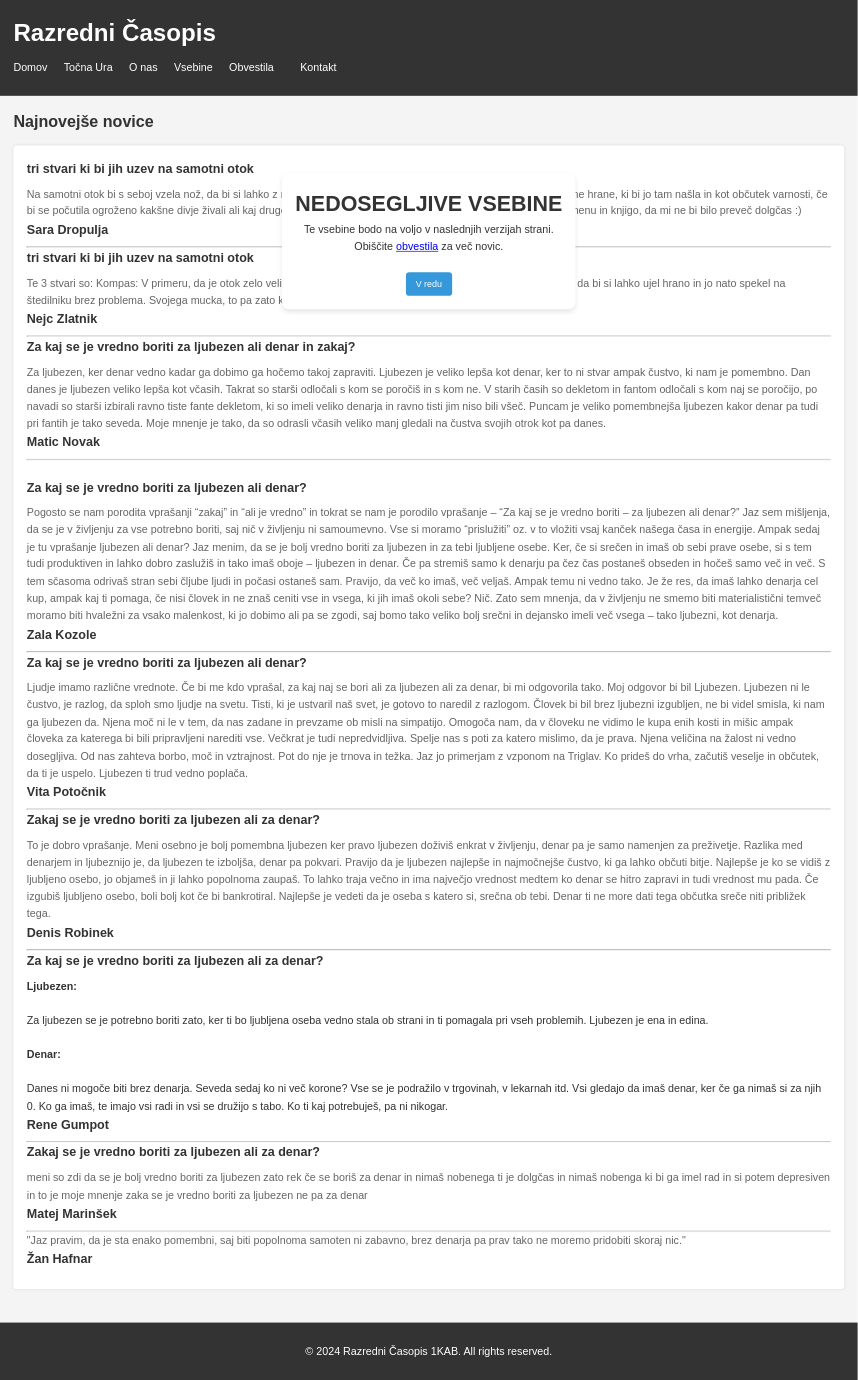
Repository: razrednicasopis/razrednicasopis.github.io
Page: Resources/casopis-html.html
An editor plug-in stored every save of this project. The page is shown before and after a run of saves, followed by the edit.
The browser window is 1280 px wide. The pictures show the whole page, at 67% of full size.
After loading, the first visible `#showPopupLink` was clicked once.

Above is the page before, as saved 2024-01-23 09:31:12.

### Resources/casopis-html.html
<!DOCTYPE html>
<html lang="en">
<head>
  <meta charset="UTF-8">
  <meta name="viewport" content="width=device-width, initial-scale=1.0">
  <link rel="stylesheet" href="styless.css">
  <link rel="stylesheet" href="system.css">
  <title>Razredni Časopis</title>
</head>
<body>


<div id="wrapper">
<div id="vrstica">
<header>
  <h1>Razredni Časopis</h1>
  <nav>
    <ul>
      <li><a href="#">Domov</a></li>
      <li><a href="Ura.html">Točna Ura</a></li>
      <li><a href="admin.html">O nas</a></li>
      <li><a href="vsebine.html">Vsebine </a></li>
      <li><a href="obvestila.html">Obvestila</a></li>
      <li><a href="#" id="showPopupLink">Kontakt</a></li>
    </ul>
  </nav>
</header>
</div>

<main>
  <section class="novice">
    <h2>Najnovejše novice</h2>
    <article>
      <h3>tri stvari ki bi jih uzev na samotni otok</h3>
      <p>Na samotni otok bi s seboj vzela nož, da bi si lahko z njim pomagala pri preživetju (npr. pri rezanju ali lupljenju kakšne hrane, ki bi jo tam našla in kot občutek varnosti, če bi se počutila ogroženo kakšne divje živali ali kaj drugega), odejo, saj bi potrebovala nekaj za ogrniti ob slabem vremenu in knjigo, da mi ne bi bilo preveč dolgčas :)

</p>
<h3>Sara Dropulja</h3>
<hr>
      <h3>tri stvari ki bi jih uzev na samotni otok</h3>
            <p>Te 3 stvari so:
Kompas: V primeru, da je otok zelo velik, da bi se znal orientirat po otoku.
Štedilnik na sončne celice, da bi si lahko ujel hrano in jo nato spekel na štedilniku brez problema.
Svojega mucka, to pa zato ker vedno ko sem z njim se mi čas skrajša za vsaj trikrat.
<h3>Nejc Zlatnik</h3>
</p>
<hr>
<h3>Za kaj se je vredno boriti za ljubezen ali denar in zakaj?</h3>
  <p>Za ljubezen, ker denar vedno kadar ga dobimo ga hočemo takoj zapraviti. Ljubezen je veliko lepša kot denar, ker to ni stvar ampak čustvo, ki nam je pomembno. Dan danes je ljubezen veliko lepša kot včasih. Takrat so starši odločali s kom se poročiš in s kom ne. V starih časih so dekletom in fantom odločali s kom naj se poročijo, po navadi so starši izbirali ravno tiste fante dekletom, ki so imeli veliko denarja in ravno tisti jim niso bili všeč. Puncam je veliko pomembnejša ljubezen kakor denar pa tudi pri fantih je tako seveda. Moje mnenje je tako, da so odrasli včasih veliko manj gledali na čustva svojih otrok kot pa danes.

<h3>Matic Novak</h3></p>

<hr>
<br>
<h3>Za kaj se je vredno boriti za ljubezen ali denar?
</h3>
<p>Pogosto se nam porodita vprašanji “zakaj” in “ali je vredno” in tokrat se nam je porodilo vprašanje – “Za kaj se je vredno boriti – za ljubezen ali denar?”
Jaz sem mišljenja, da se je v življenju za vse potrebno boriti, saj nič v življenju ni samoumevno. Vse si moramo “prislužiti” oz. v to vložiti vsaj kanček našega časa in energije.
Ampak sedaj je tu vprašanje ljubezen ali denar? Jaz menim, da se je bolj vredno boriti za ljubezen in za tebi ljubljene osebe. Ker, če si srečen in imaš ob sebi prave osebe, si s tem tudi produktiven in lahko dobro zaslužiš in tako imaš oboje – ljubezen in denar.
Če pa stremiš samo k denarju pa čez čas postaneš obseden in hočeš samo več in več. S tem sčasoma odrivaš stran sebi čljube ljudi in počasi ostaneš sam.
Pravijo, da več ko imaš, več veljaš. Ampak temu ni vedno tako. Je že res, da imaš lahko denarja cel kup, ampak kaj ti pomaga, če nisi človek in ne znaš ceniti vse in vsega, ki jih imaš okoli sebe? Nič. Zato sem mnenja, da v življenju ne smemo biti materialistični temveč moramo biti hvaležni za vsako malenkost, ki jo dobimo ali pa se zgodi, saj bomo tako veliko bolj srečni in dejansko imeli več vsega – tako ljubezni, kot denarja.<br>
<h3>Zala Kozole</h3>
</p>
<hr>
<h3>Za kaj se je vredno boriti za ljubezen ali denar?</h3>
<p>Ljudje imamo različne vrednote. Če bi me kdo vprašal, za kaj naj se bori ali za ljubezen ali za denar, bi mi odgovorila tako. Moj odgovor bi bil Ljubezen.
Ljubezen ni le čustvo, je razlog, da sploh smo ljudje na svetu. Tisti, ki je ustvaril naš svet, je gotovo to naredil z razlogom. Človek bi bil brez ljubezni izgubljen, ne bi videl smisla, ki nam ga ljubezen da. Njena moč ni le v tem, da nas zadane in prevzame ob misli na simpatijo. Omogoča nam, da v človeku ne vidimo le kupa enih kosti in mišic ampak človeka za katerega bi bili pripravljeni narediti vse. Večkrat je tudi nepredvidljiva. Spelje nas s poti za katero mislimo, da je prava. Njena veličina na žalost ni vedno dosegljiva. Od nas zahteva borbo, moč in vztrajnost. Pot do nje je trnova in težka. Jaz jo primerjam z vzponom na Triglav. Ko prideš do vrha, začutiš veselje in občutek, da ti je uspelo. Ljubezen ti trud vedno poplača.
</p>
      <h3>Vita Potočnik</h3>
      <hr>
      <h3>Zakaj se je vredno boriti za ljubezen ali za denar?
</h3>
<P>To je dobro vprašanje. Meni osebno je bolj pomembna ljubezen ker pravo ljubezen doživiš enkrat v življenju, denar pa je samo namenjen za preživetje. Razlika med denarjem in ljubeznijo je, da ljubezen te izboljša, denar pa pokvari. Pravijo da je ljubezen najlepše in najmočnejše čustvo, ki ga lahko občuti bitje. Najlepše je ko se vidiš z ljubljeno osebo, jo objameš in ji lahko popolnoma zaupaš. To lahko traja večno in ima največjo vrednost medtem ko denar se hitro zapravi in tudi vrednost mu pada. Če izgubiš ljubljeno osebo, boli bolj kot če bi bankrotiral. Najlepše je vedeti da je oseba s katero si, srečna ob tebi. Denar ti ne more dati tega občutka sreče niti približek tega.</P>
<h3>Denis Robinek</h3>
<hr>
<h3>Za kaj se je vredno boriti za ljubezen ali za denar?</h3>
<p><h4>Ljubezen:</h4><br>
Za ljubezen se je potrebno boriti zato, ker ti bo ljubljena oseba vedno stala ob strani in ti pomagala pri vseh problemih. Ljubezen je ena in edina.<br>
<br>
<h4>Denar:</h4>
<br>
Danes ni mogoče biti brez denarja. Seveda sedaj ko ni več korone? Vse se je podražilo v trgovinah, v lekarnah itd. Vsi gledajo da imaš denar, ker če ga nimaš si za njih 0. Ko ga imaš, te imajo vsi radi in vsi se družijo s tabo. Ko ti kaj potrebuješ, pa ni nikogar.
<h3>Rene Gumpot</h3></p>
<hr>
<h3>Zakaj se je vredno boriti za ljubezen ali za denar?</h3>
<p>meni so zdi da se je bolj vredno boriti za ljubezen zato rek če se boriš
za denar in nimaš nobenega ti je dolgčas in nimaš nobenga ki bi ga imel rad in si potem depresiven
in to je moje mnenje zaka se je vredno boriti za ljubezen ne pa za denar

<h3>Matej Marinšek</h3></p>
<hr>
    <p>"Jaz pravim, da je sta enako pomembni, saj biti popolnoma samoten ni zabavno, brez denarja pa prav tako ne moremo pridobiti skoraj nic."

<h3>Žan Hafnar</h3></p>


    </article>
    <!-- Dodaj več novic -->
  </section>

</main>
</div>

<footer>
  <p>&copy; 2024 Razredni Časopis 1KAB. All rights reserved.
  </footer>



<!--Od tu naprej je koda za razne stvari kot so popupi-->

<div id="popupContainer">
  <div id="popupContent">
      <h1><b>NEDOSEGLJIVE VSEBINE</b></h1>
      <p>Te vsebine bodo na voljo v naslednjih verzijah strani.
      <p>Obiščite <a href="obvestila.html">obvestila</a> za več novic.<p><br>
      <button id="closePopupBtn">V redu</button>
  </div>
</div>



<script src="alerts.js"></script>

</body>
</html>

### Resources/styless.css
* {
  margin: 0;
  padding: 0;
  box-sizing: border-box;
}

/* Globalni slogi */
body {
  font-family: Arial, sans-serif;
  line-height: 1.6;
  background-color: #f4f4f4;
  color: #333;
  margin: 0;
  padding: 0;
}


.container {
    text-align: center;
    margin-top: 50px;
}

.border-box {
    display: inline-block;
    padding: 200px;
    width: 550px;
    height: 500px;
    border: 5px solid #333; /* Set your desired border color */
    border-radius: 30px; /* Set the border radius for slightly curved corners */
    background-color: #333; /* Set your desired background color inside the border */
}

form textarea {
  width: 100%;
  padding: 8px;
  justify-content: left;
  margin-left: auto;

  margin-bottom: 10px;
}

header {
  background: #333;
  color: #fff;
  padding: 20px;
}

header h1 {
  margin: 0;
  font-size: 36px;
}

nav ul {
  list-style: none;
}

nav ul li {
  display: inline;
  margin-right: 20px;
}

nav ul li a {
  color: #fff;
  text-decoration: none;
}

main {
  padding: 20px;
}

section {
  margin-bottom: 30px;
}

section h2 {
  margin-bottom: 15px;
}

article {
  background: #fff;
  padding: 20px;
  border-radius: 5px;
  box-shadow: 0 0 5px rgba(0, 0, 0, 0.1);
}

article h3 {
  margin-bottom: 10px;
}

article p {
  color: #666;
}

article a {
  display: inline-block;
  margin-top: 10px;
  text-decoration: none;
  color: #333;
  border-bottom: 1px solid #333;
  padding-bottom: 2px;
}

article a:hover {
  color: #000;
  border-color: #000;
}

.wrapper {
  flex: 1;
}

footer {
  text-align: center;
  padding: 30px;
  background-color: #333;
  color: #fff;
  position: absolute;
  bottom: auto;
  width: 100%;
  text-align: center;
}

### Resources/system.css
/* Koda za "Coming Soon" pop-up */

#popupContainer {
    display: none;
    position: fixed;
    top: 50%;
    left: 50%;
    transform: translate(-50%, -50%);
    background-color: #ffffff;
    box-shadow: 0 4px 8px rgba(0, 0, 0, 0.1);
    padding: 20px;
    border-radius: 10px;
    text-align: center;
  }


  #popupContent {
    max-width: 400px;
    margin: 0 auto;
  }

  #closePopupBtn {
    background-color: #3498db;
    color: #ffffff;
    padding: 10px 15px;
    border: none;
    border-radius: 5px;
    cursor: pointer;
  }

  #closePopupBtn:hover {
      background-color: #4da8e1;
  }

  #showPopupLink {
    display: inline-block;
    padding: 10px 15px;
    color: #ffffff;
    text-decoration: none;
    border-radius: 5px;
    cursor: pointer;
  }

body.popup-open {
  overflow: hidden;
}

body.blur {

}

/* Koda za "Kontakt" obrazec */

#contactform {
    align-self: center;
    }

### Resources/alerts.js
document.getElementById('showPopupLink').addEventListener('click', function(event) {
    event.preventDefault();
    document.getElementById('popupContainer').style.display = 'block';
    document.body.classList.add('blur', 'popup-open');
});

document.getElementById('closePopupBtn').addEventListener('click', function() {
    document.getElementById('popupContainer').style.display = 'none';
    document.body.classList.remove('blur', 'popup-open');
});

After the next 3 saves:
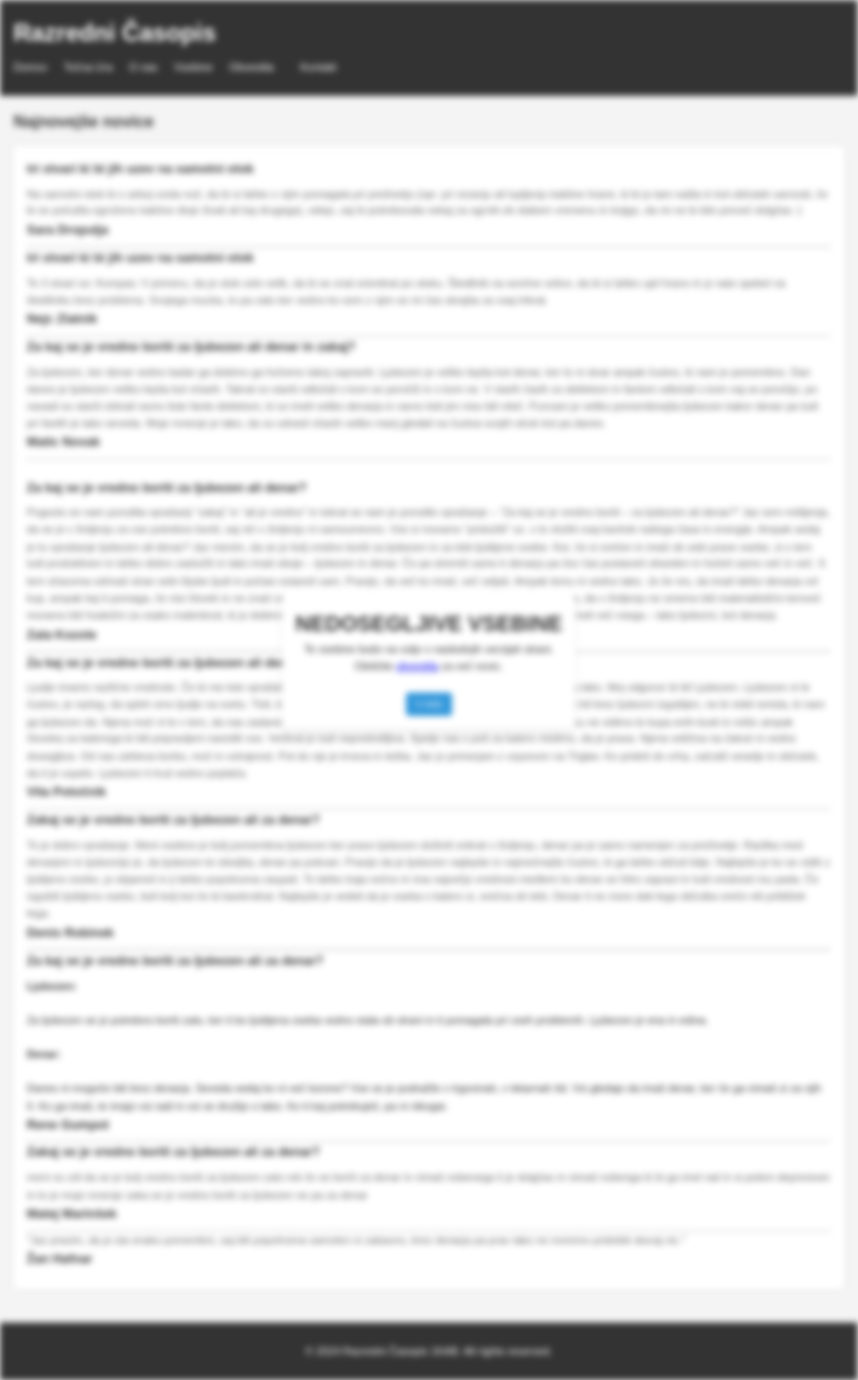
The 3 saves are shown as one change because they came seconds apart.
The last was saved 11 s later.
--- a/Resources/system.css
+++ b/Resources/system.css
@@ -46,6 +46,7 @@ body.popup-open {
 }
 
 body.blur {
+  filter: blur(5px);
 
 }
 
